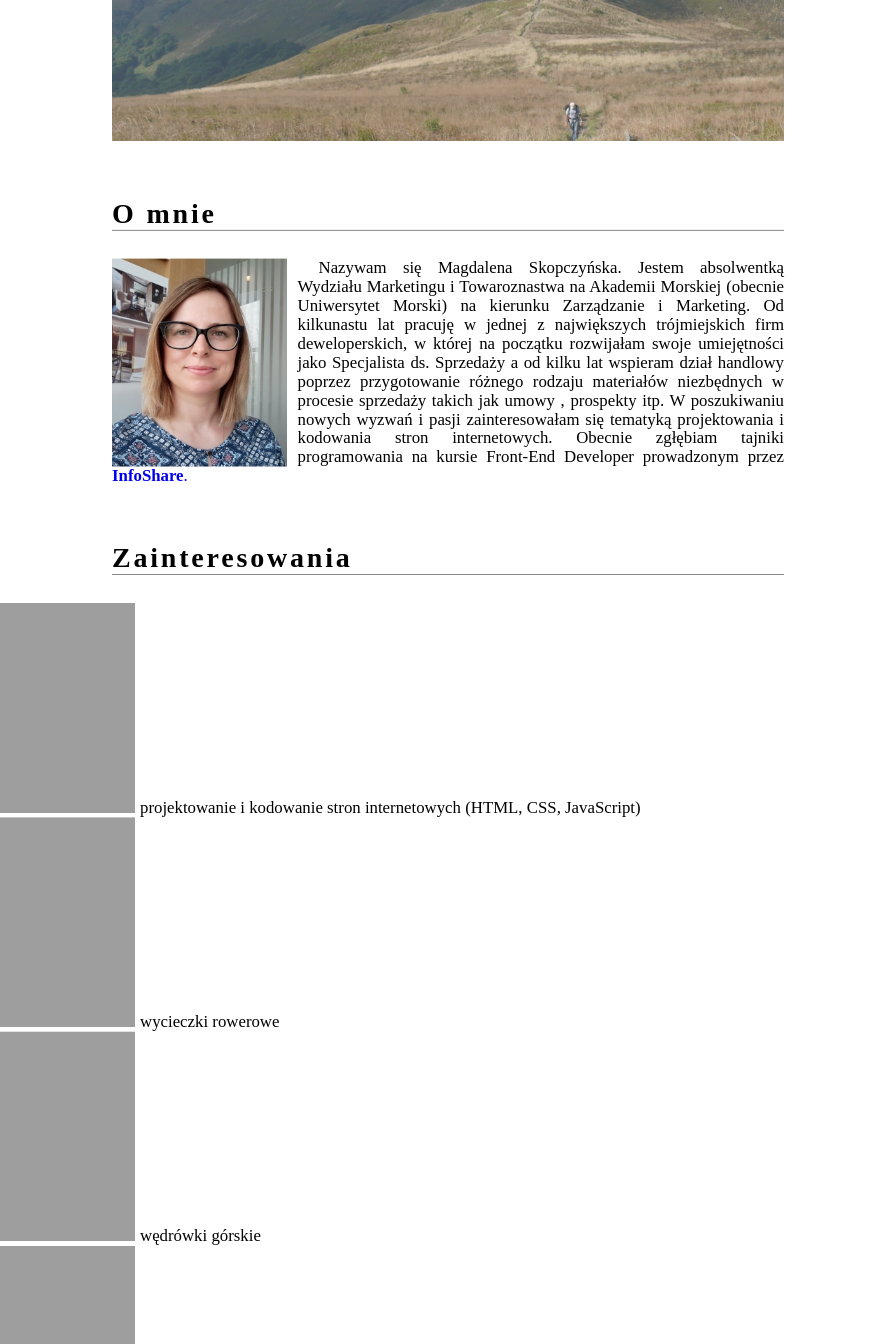
Repository: MagJaw/portfolio
Page: portfolio.html
An editor plug-in stored every save of this project. The page is shown before and after the next save, followed by the edit.
The browser window is 1280 px wide. The pictures show the part of the page from y = 459 to 2379 px (the page is 7777 px tall before and 7737 px after), at 70% of full size.

Above is the page before, as saved 2018-11-18 08:32:28.

### portfolio.html
<!DOCTYPE html>
<html lang="pl">
<head>
    <meta charset="UTF-8">
    <meta name="viewport" content="width=device-width, initial-scale=1.0">
    <meta http-equiv="X-UA-Compatible" content="ie=edge">
    <meta name="author" content="Magdalena Skopczyńska"/>
    <meta name="description" content="Portfolio - o mnie, zainteresowania, umiejętności, projekty">
    <link rel="stylesheet" href="main.css">
    <title>Portfolio</title>
</head>
<body>
    <div id="wrapper">
        <div id="section1"></div>
        <nav role="navigation" class="menu__container">
            <ul class="menu">
                <li class="menu__section">
                    <a href="#section1">Home</a>
                </li>
                <li class="menu__section">
                    <a href="#section2">O mnie</a>
                </li>
                <li class="menu__section">
                    <a href="#section3">Zainteresowania</a>
                </li>
                <li class="menu__section">
                    <a href="#section4">Umiejętności</a>
                </li>
                <li class="menu__section">
                    <a href="#section5">Projekty</a>
                </li>
            </ul>
        </nav>
        <div class="motto__container">
            <blockquote id="quote"><b>The best view comes after the hardest climb</b></blockquote>
        </div>

        <div id="section2">
            <h1 class="header__section">O mnie</h1>
            <img src="portret.jpg" class="my__photo">
            <p id="history"> Nazywam się Magdalena Skopczyńska. Jestem absolwentką Wydziału Marketingu i Towaroznastwa na Akademii Morskiej (obecnie Uniwersytet Morski) na kierunku Zarządzanie i Marketing. Od kilkunastu lat pracuję w jednej z największych trójmiejskich firm deweloperskich, w której na początku rozwijałam swoje umiejętności jako Specjalista ds. Sprzedaży a od kilku lat wspieram dział handlowy poprzez przygotowanie różnego rodzaju materiałów niezbędnych w procesie sprzedaży takich jak umowy , prospekty itp. W poszukiwaniu nowych wyzwań i pasji zainteresowałam się tematyką projektowania i kodowania stron internetowych. Obecnie zgłębiam tajniki programowania na kursie Front-End Developer prowadzonym przez <a target="_blank" href="https://infoshareacademy.com/" class="link"><b>InfoShare</b>.</a></p>
        </div>
        <div id="section3">
            <h1 class="header__section">Zainteresowania</h1>
            <ul>
                <li>projektowanie i kodowanie stron internetowych (HTML, CSS, JavaScript)</li>
                <li>wycieczki rowerowe</li>
                <li>wędrówki górskie</li>
                <li>literatura</li>
                <li>szkolenia on-line(obecnie uczestniczę w programie szkoleniowym Właściwy Tor, który skupia się na budowaniu stabilnego wzrostu w sferach: zawodowej, finansowej, rodzinnej, zdrowotnej i duchowej)</li>
                <li>zdrowe odżywianie</li>
            </ul>
        </div>
        <div id="section4">
            <h1 class="header__section">Umiejętności</h1>
            <ul>
                <li>wysokie umiejętności komunikacyjne</li>
                <li>analityczne myślenie</li>
                <li>wysokie poczucie odpowiedzialności za powierzone zadania</li>
                <li>skrupulatność</li>
                <li>umiejętność pracy w zespole</li>
                <li>chęć do nauki i rozwoju</li>
                <li>znajomość technik sprzedażowych</li>
                <li>dobra znajomość języka angielskiego (certyfikat)</li>
                <li>podstawowa znajomość HTML, CSS, JavaScript</li>
                <li>znajomość narzędzi pakietu Office</li>
                <li>prawo jazdy kat. B</li>
            </ul>
        </div>
        <div id="section5">
            <h1 class="header__section">Projekty</h1>
            <ul>
                <li>portfolio</li>
                <li>pozostałe</li>
            </ul>
        </div>
        <div id="footer">
            <p>Autor: Magdalena Skopczyńska</p>
            <p>email: info@mysite.com</p>
            <p>tel. 000-000-000</p>
            <p><a target="_blank" href="https://icons8.com" class="link">Icon pack by Icons8</a></p>
        </div>
    </div>
</body>
</html>

### main.css
html {
    font-size: 16px;
    scroll-behavior: smooth;
  }

#wrapper {
    width: 100%;
    max-width: 960px;
    margin: 0 auto;
}

.menu__container {
background:  #333;
}

.menu {
    list-style-type: none;
    padding: 0;
    margin: 0;
}

.menu__container a {
    text-decoration: none;
    text-align: center;
    color: #fff;
    display: block;
    padding: 10px;
}

.menu__container a:hover {
background-color: #555;
}

.motto__container {
width: 100%;
height: 48vw;
background-image: url(tapeta.jpg);
background-color: #555;
opacity: 0.8;
display: table;
}

#quote {
font-size: 3.5em;
letter-spacing: 0.1em;
font-style: italic;
color: #fff;
text-align: center;
vertical-align: middle;
display: table-cell;
margin: 0;
animation: pojawienie 4s ease 1 normal;
/*animation: pojawienie 6s 1s linear 1 normal;*/
}

@keyframes pojawienie {

    0%
    {
        opacity: 0;
    }

    20%
    {
        opacity: 0.2;
    }
    40%
    {
        opacity: 0.4;
    }
    60%
    {
        opacity: 0.6;
    }
    80%
    {
        opacity: 0.8;
    }
    100%
    {
        opacity: 1;
    }

}


/*@keyframes pojawienie {

    0%
    {
        color: #fff;
    }

    20%
    {
        color: #666;
    }
    40%
    {
        color: #333;
    }
    60%
    {
        color: #000;
    }
    80%
    {
        color #333;
    }
    100%
    {
        color #666;
    }

}
*/

/*#quote:hover {
cursor: pointer;
transform: rotate(360deg);
transition: all 2s linear;
}*/


p, li {
font-size: 1.5em;
}


ul {
list-style-type: none;
}

#section3 li,
#section4 li,
#section5 li {
list-style-image: url("https://img.icons8.com/color/30/000000/checkmark.png");
}

.header__section {
font-size: 2.5em;
letter-spacing: 0.1em;
border-bottom: 1px solid #555;
margin-top: 1em;
margin-bottom: 1em;
}

.my__photo {
float: left;
padding-right: 15px;
}

#history {
margin: 0;
text-indent: 30px;
text-align: justify;
}
.link {
text-decoration: none;
}

.link:hover {
text-decoration: underline;
}

#footer {
height: 46px;
bottom: 0;
display: flex;
width: 100%;
border-top: 1px solid #555;
}

#footer p {
font-size: 1em;
font-style: italic;
display: block;
text-align: center;
width:100%;
}

#section5 {
padding-bottom: 150px;
}

@media screen and (max-width: 767px){
#quote {
font-size: 2em;
}

p, li, #footer {
font-size: 0.8em;
}

.header__section {
font-size: 2em;
}

.my__photo {
    float: none;
    padding-right: 0;
    display: block;
    margin: 0 auto;
    }

#history {
    padding-top: 10px;
    }
}

@media screen and (min-width: 768px){

.menu {
display: flex;
}

.menu__section {
flex: 1 1 0;
}

.menu__container {
    background:  #333;
    z-index: 1;
    top: 0;
    left: 0;
    right: 0;
    height: 46px;
    position: fixed;
    }

.motto__container {
margin-top: 18px;
}

/*.header__section {
    margin-top: 46px;
    }
}*/

#section2,
#section3,
#section4,
#section5 {
padding-top: 40px;
}

#section1 {
padding: 10px;
}
}
@media screen and (min-width: 1700px){
    .motto__container {

    height: 24vw;
    }

After the next save:
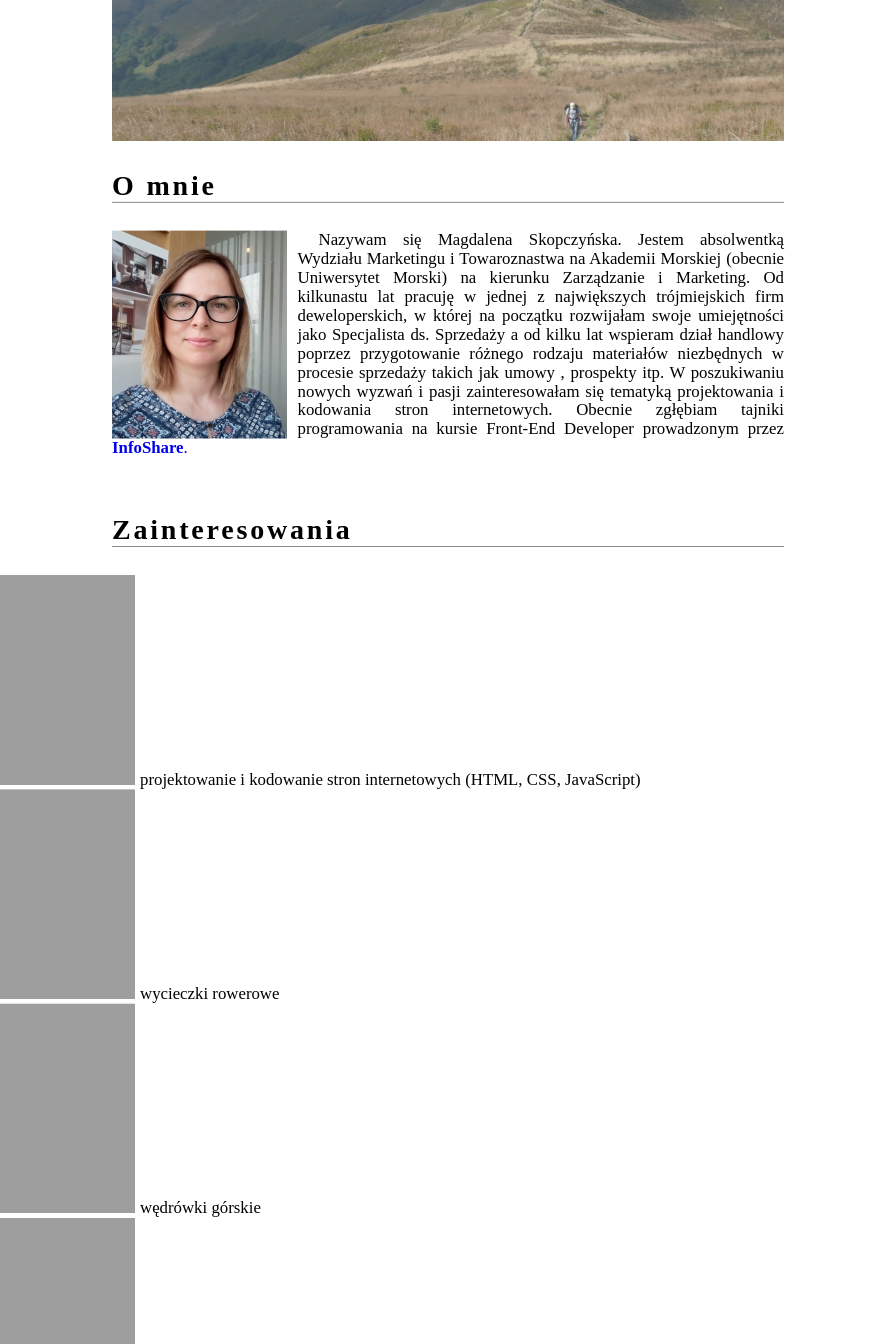
Saved 75 s later.
--- a/portfolio.html
+++ b/portfolio.html
@@ -18,7 +18,7 @@
                     <a href="#section1">Home</a>
                 </li>
                 <li class="menu__section">
-                    <a href="#section2">O mnie</a>
+                    <a href=".section2">O mnie</a>
                 </li>
                 <li class="menu__section">
                     <a href="#section3">Zainteresowania</a>
@@ -35,7 +35,7 @@
             <blockquote id="quote"><b>The best view comes after the hardest climb</b></blockquote>
         </div>
 
-        <div id="section2">
+        <div class="section2">
             <h1 class="header__section">O mnie</h1>
             <img src="portret.jpg" class="my__photo">
             <p id="history"> Nazywam się Magdalena Skopczyńska. Jestem absolwentką Wydziału Marketingu i Towaroznastwa na Akademii Morskiej (obecnie Uniwersytet Morski) na kierunku Zarządzanie i Marketing. Od kilkunastu lat pracuję w jednej z największych trójmiejskich firm deweloperskich, w której na początku rozwijałam swoje umiejętności jako Specjalista ds. Sprzedaży a od kilku lat wspieram dział handlowy poprzez przygotowanie różnego rodzaju materiałów niezbędnych w procesie sprzedaży takich jak umowy , prospekty itp. W poszukiwaniu nowych wyzwań i pasji zainteresowałam się tematyką projektowania i kodowania stron internetowych. Obecnie zgłębiam tajniki programowania na kursie Front-End Developer prowadzonym przez <a target="_blank" href="https://infoshareacademy.com/" class="link"><b>InfoShare</b>.</a></p>

After the 3 saves that followed:
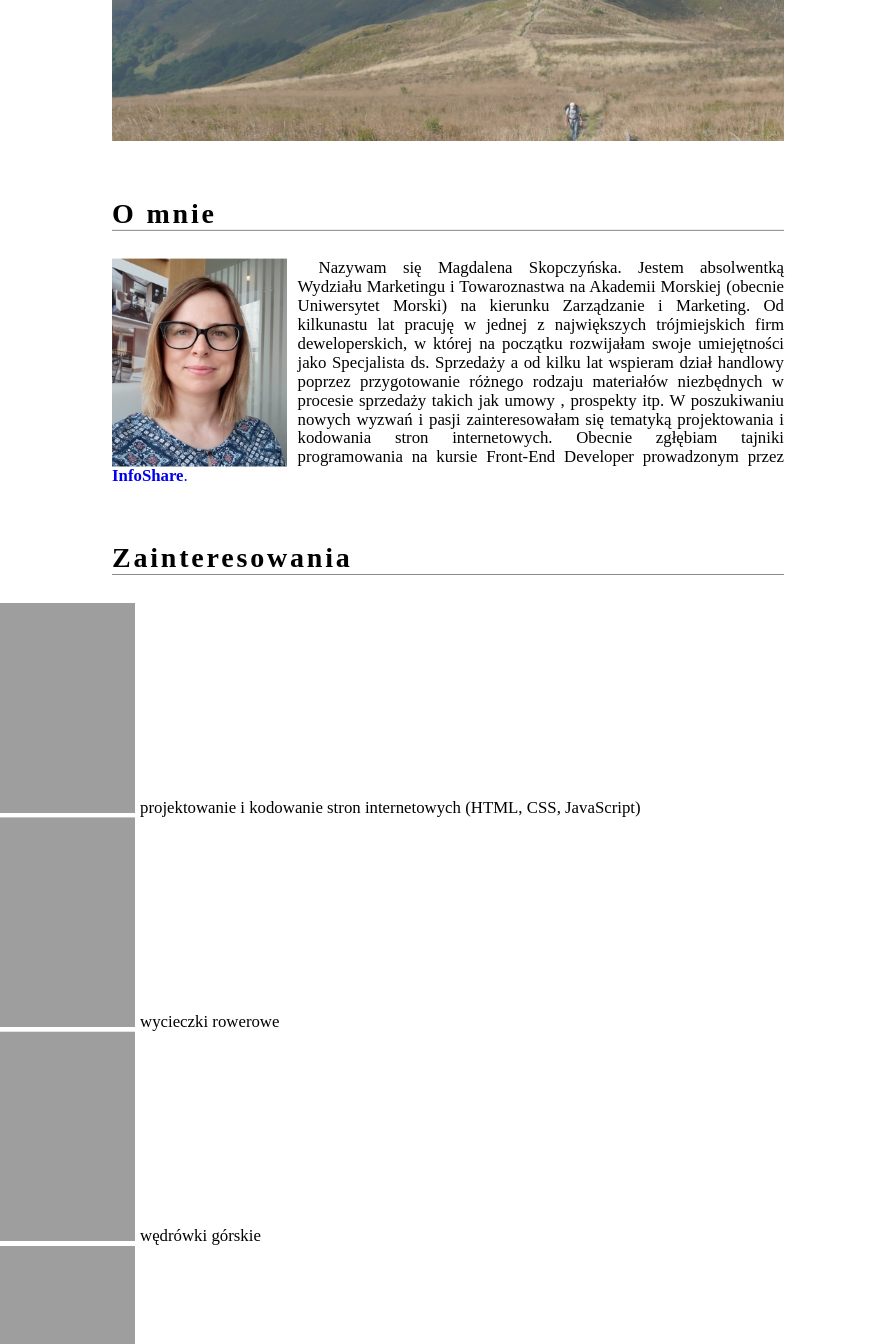
The 3 saves are shown as one change because 2 left the picture as it was.
The last was saved 77 s later.
--- a/portfolio.html
+++ b/portfolio.html
@@ -18,7 +18,7 @@
                     <a href="#section1">Home</a>
                 </li>
                 <li class="menu__section">
-                    <a href=".section2">O mnie</a>
+                    <a href="#section2">O mnie</a>
                 </li>
                 <li class="menu__section">
                     <a href="#section3">Zainteresowania</a>
@@ -35,7 +35,7 @@
             <blockquote id="quote"><b>The best view comes after the hardest climb</b></blockquote>
         </div>
 
-        <div class="section2">
+        <div id="section2">
             <h1 class="header__section">O mnie</h1>
             <img src="portret.jpg" class="my__photo">
             <p id="history"> Nazywam się Magdalena Skopczyńska. Jestem absolwentką Wydziału Marketingu i Towaroznastwa na Akademii Morskiej (obecnie Uniwersytet Morski) na kierunku Zarządzanie i Marketing. Od kilkunastu lat pracuję w jednej z największych trójmiejskich firm deweloperskich, w której na początku rozwijałam swoje umiejętności jako Specjalista ds. Sprzedaży a od kilku lat wspieram dział handlowy poprzez przygotowanie różnego rodzaju materiałów niezbędnych w procesie sprzedaży takich jak umowy , prospekty itp. W poszukiwaniu nowych wyzwań i pasji zainteresowałam się tematyką projektowania i kodowania stron internetowych. Obecnie zgłębiam tajniki programowania na kursie Front-End Developer prowadzonym przez <a target="_blank" href="https://infoshareacademy.com/" class="link"><b>InfoShare</b>.</a></p>
